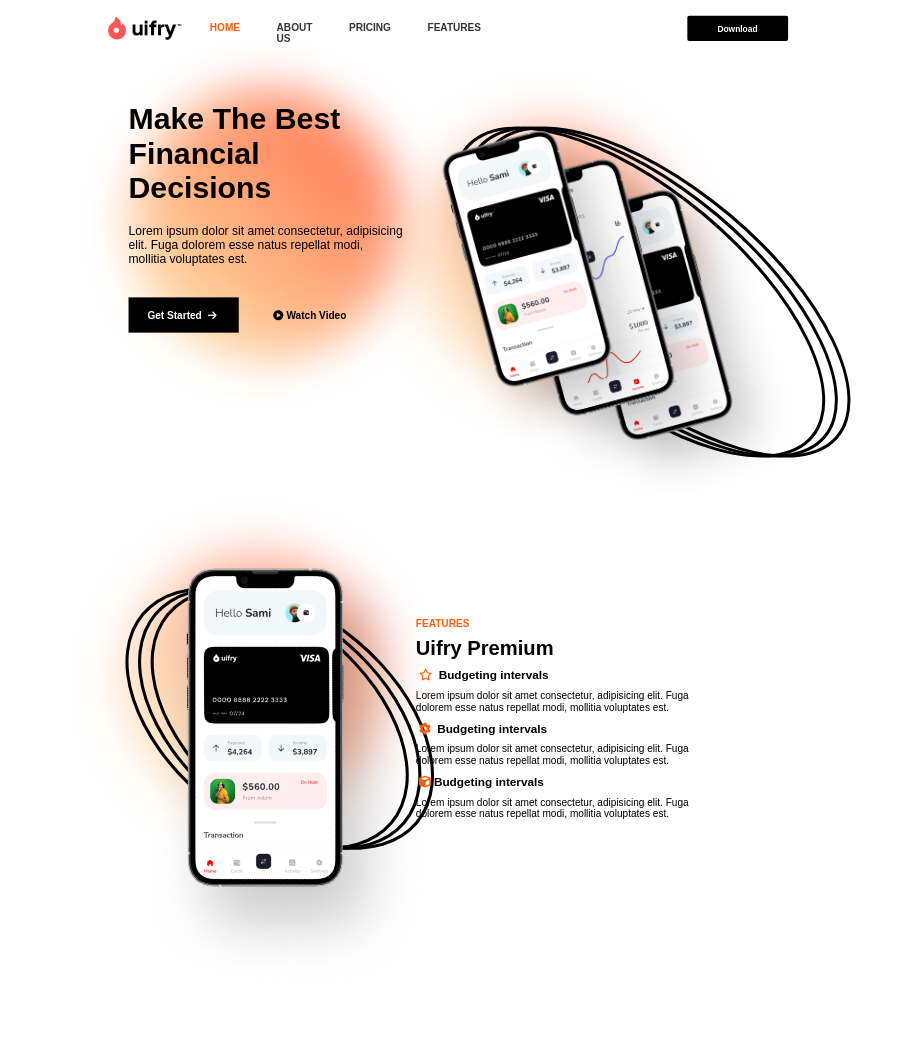
Repository: sakshambansal7/Uifry
Page: index.html
These files come from the project's save history. The page is drawn as it stood at one moment and after a run of saves; the edit follows.
The browser window is 1280 px wide. The page is 1435 px wide, so the pictures cover 1435 px, including what lies to the right of the window. The pictures show the whole page, at 63% of full size.
Some web libraries are served in a nearby version.

Above is the page before, as saved 2024-06-12 20:51:59.

### index.html
<!DOCTYPE html>
<html lang="en">
  <head>
    <meta charset="UTF-8" />
    <meta name="viewport" content="width=device-width, initial-scale=1.0" />
    <title>uifry.com</title>
    <link rel="stylesheet" href="style.css" />
    <link rel="stylesheet" href="https://cdnjs.cloudflare.com/ajax/libs/font-awesome/6.1.1/css/all.min.css">

  </head>
  <body>
    <nav class="navbar">
      <div>
        <img class="logo" src="./images/logo.png" alt="img" />
      </div>
      <div class="nav">
        <div><a href="#" class="nav__link active">Home </a></div>
        <div><a href="#" class="nav__link">About Us</a></div>
        <div><a href="#" class="nav__link">Pricing</a></div>
        <div><a href="#" class="nav__link">features</a></div>
      </div>
      <div class="download">
        <button class="button">Download</button>
      </div>
    </nav>
    <div class="part1 ">
      <div class="left">
        <div class="bg-shape1"></div>
        <h1>Make The Best Financial Decisions</h1>
        <div class="bg-shape1 position-1"></div> <!-- Duplicate for top and bottom -->
        <p>Lorem ipsum dolor sit amet consectetur, adipisicing elit. Fuga dolorem esse natus repellat modi, mollitia voluptates est.</p>
        <div class="cta-buttons">
          <button class="get-started-btn">Get Started <i class="fa-solid fa-arrow-right"></i></button>
          <button class="watch-video-btn"> <i class="fa-solid fa-circle-play"></i>Watch Video</button>
        </div>
      </div>

      <div class="right">
        <div class="bg-shape2"></div>
        <div class="elipse-common elipse"></div>
        <div class="elipse-common elipse1"></div>
        <div class="elipse-common elipse2"></div>

        <img class="image1" src="./images/iphone.png" alt="Mobile App Mockup" />
        <img class="image2" src="./images/igraph.png" alt="Mobile App Mockup" />
        <img class="image3" src="./images/iphone.png" alt="Mobile App Mockup" />
      </div>

    </div>
    <div class="part2">
      <div class="left">
        <div class="bg-shape2"></div>
        <div class="elipse-common elipse3"></div>
        <div class="elipse-common elipse4"></div>
        <div class="elipse-common elipse5"></div>

        <img class="image1" src="./images/iphone.png" alt="Mobile App Mockup" />

      </div>
      <div class="right">
        <h4>FEATURES</h4>
        <H1>Uifry Premium</H1>
        <h3><i class="fa-regular fa-star custom-color"></i> Budgeting intervals</h3>
        <p>Lorem ipsum dolor sit amet consectetur, adipisicing elit. Fuga dolorem esse natus repellat modi, mollitia voluptates est.</p>
        <h3> <i class="fa-solid fa-gear custom-color"></i> Budgeting intervals</h3>
        <p>Lorem ipsum dolor sit amet consectetur, adipisicing elit. Fuga dolorem esse natus repellat modi, mollitia voluptates est.</p>
        <h3><i class="fa-solid fa-cube custom-color"></i>Budgeting intervals</h3>
        <p>Lorem ipsum dolor sit amet consectetur, adipisicing elit. Fuga dolorem esse natus repellat modi, mollitia voluptates est.</p>

      </div>
    </div>
    <div class="part3">
      <div class="left"></div>
    </div>
  </body>
  <script src="script.js"></script>
</html>

### style.css

*{
    margin: 0px;
    padding: 5px;

}
body {
  margin-left: 20vh;
  margin-right: 20vh;
  font-family: Arial, sans-serif;
  background: #fff;
  color: #000000;
  justify-content: center;
  box-sizing: border-box;
}

  /* navbar */
.logo {
  width: 120px;
}


.navbar{
  display: flex;
  justify-content: flex-start;

}
.nav{
  padding-top: 10px;
  display: flex;
  justify-content: center;

}
nav  {
  display: inline;
}

nav a {
  text-decoration: none;
  color: #333;
  font-weight: bold;
}


.button {
  width: 160px;
  height: 40px;
  border-radius: 3px;
  background-color: #000000;
  color: #fff;
  padding: 10px 20px;
  cursor: pointer;
  border: none;
  font-weight: bold;
  margin-left: 40vh;
}
.download{

  padding-top: 10px;
}


.nav__link {
    display: block;
    padding: .3125rem 1.5rem;
    text-transform: uppercase;
  }

  .nav__link.active  {

    color: #FF5E08;
  }

  /* part-1 */

  .part1 {
    height: 85vh;
    display: inline-flex;
        justify-content: space-between;
        top: 50px !important;
        inset: 0;


    padding: 60px 40px;
}

/* .absolute{
  position: absolute;
  inset: 0;
  justify-content: center;
  display: inline-flex;
  flex-direction: row;
} */
.left {
  max-width: 50%;
}

.part1 h1 {
  font-size: 3em;
  margin: 0 0 20px;
}

.part1 p {
  font-size: 1.2em;
  margin: 0 0 40px;
}

.cta-buttons {
  display: flex;
  gap: 20px;
}

.get-started-btn,
.watch-video-btn {
  background: #000;
  color: #fff;
  padding: 15px 30px;
  border: none;
  cursor: pointer;
  font-size: 1em;
  font-weight: bold;
}

.watch-video-btn {
  color: #000000;

  background: transparent;
}

.right {
  max-width: 50%;
  position: relative; /* Add position relative to use as a reference for absolute positioning */
}

.right .image1{

  position: absolute;
  z-index: 3;
  width: 100%;
  padding-left: 0px;



}
.right .image2 {
  position: absolute;
  padding-top: 50px;
  padding-left: 100px;


  z-index: 2;
  max-width: 100%;
}
.right .image3 {


  padding-top: 100px;
  padding-left: 200px;
  z-index: 1;
  max-width: 100%;
}
/* background-effect */


.justify-center{
  justify-content: center;
}

/* background-effect */
.left {
  max-width: 50%;
  position: relative; /* Add this line */
}

.bg-shape1 {
  width: 400px;
  height: 400px;
  border-radius: 9999px;
  position: absolute; /* Change to absolute for proper positioning */
  top: 0px; /* Positioning adjustments */
  left: 50%; /* Positioning adjustments */
  transform: translateX(-50%); /* Center the shape horizontally */
  z-index: -1; /* Ensure it's behind the text */
  background: linear-gradient(45deg,  #FDE598,#ff3508); /* Dual color gradient */
  opacity: 0.5; /* Adjust as necessary */
  filter: blur(40px);

}

.bg-shape2 {
  width: 400px;
  height: 400px;
  border-radius: 9999px;
  position: absolute; /* Change to absolute for proper positioning */
  top: 50px; /* Positioning adjustments */
  left: 50%; /* Positioning adjustments */
  transform: translateX(-50%); /* Center the shape horizontally */
  z-index: -1; /* Ensure it's behind the text */
  background: linear-gradient(45deg,  #FDE598,#ff3508); /* Dual color gradient */
  opacity: 0.5; /* Adjust as necessary */
  filter: blur(40px);

}

  /* circular shape */

  .elipse-common {

    background: none;
    border-radius: 50%;
    -ms-transform: rotate(40deg);  /* IE 9 */
    -webkit-transform: rotate(40deg);  /* Safari */
    transform: rotate(40deg);
    position: absolute;
    top: 150px;
    border: 5px solid black;
    z-index: -1; /* Ensure it's behind the text */
}

.elipse {
  width: 700px;
  height: 305px;
    left: 45px;

}

.elipse1 {
  width: 700px;
  height: 305px;
    left: 25px;
}

.elipse2 {
  width: 700px;
  height: 305px;
    left: 5px;
}
.elipse3 {
  width: 500px;
  height: 305px;
    left: 45px;

}

.elipse4 {
  width: 500px;
  height: 305px;
    left: 25px;
}

.elipse5 {
  width: 500px;
  height: 305px;
    left: 5px;
}


.part2{
  display: flex;
  height: 85vh;
}

  .part2 .left .image1{
    transform: rotate(15deg);
  }

  .part2 .right{
    margin-top: 20vh;

  }
  .part2 .right h3 h1{
    font-weight: 900; /* 400 is normal, 700 is bold */
  }
  .part2 .right h4{
    color: #FF5E08;
  }
  .custom-color {
    color: #FF5E08;
}

### script.js
document.addEventListener('DOMContentLoaded', function() {
    const selector = '.nav__link';
    const elems = Array.from( document.querySelectorAll( selector ) );
    const navigation = document.querySelector( 'nav' );

    function makeActive( evt ) {
      const target = evt.target;

      if ( !target || !target.matches( selector ) ) {
        return;
      }

      elems.forEach( elem => elem.classList.remove( 'active' ) );

        evt.target.classList.add( 'active' );
    };

    navigation.addEventListener( 'mousedown', makeActive );

    } );

After the next 4 saves:
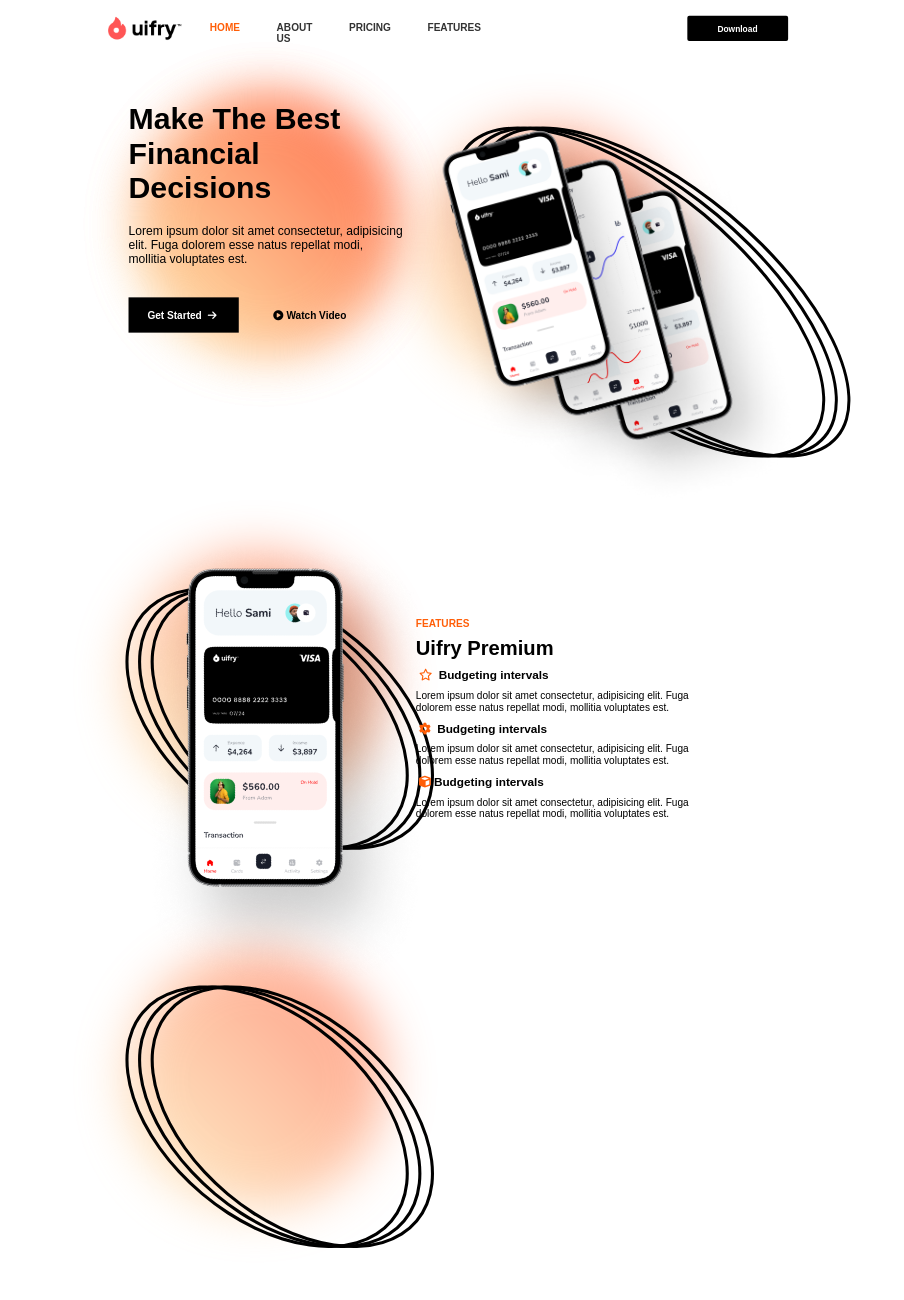
The 4 saves are shown as one change because they came seconds apart.
The last was saved 13 s later.
--- a/index.html
+++ b/index.html
@@ -71,6 +71,12 @@
     </div>
     <div class="part3">
       <div class="left"></div>
+      <div class="right">
+        <div class="bg-shape2"></div>
+        <div class="elipse-common elipse3"></div>
+        <div class="elipse-common elipse4"></div>
+        <div class="elipse-common elipse5"></div>
+      </div>
     </div>
   </body>
   <script src="script.js"></script>
